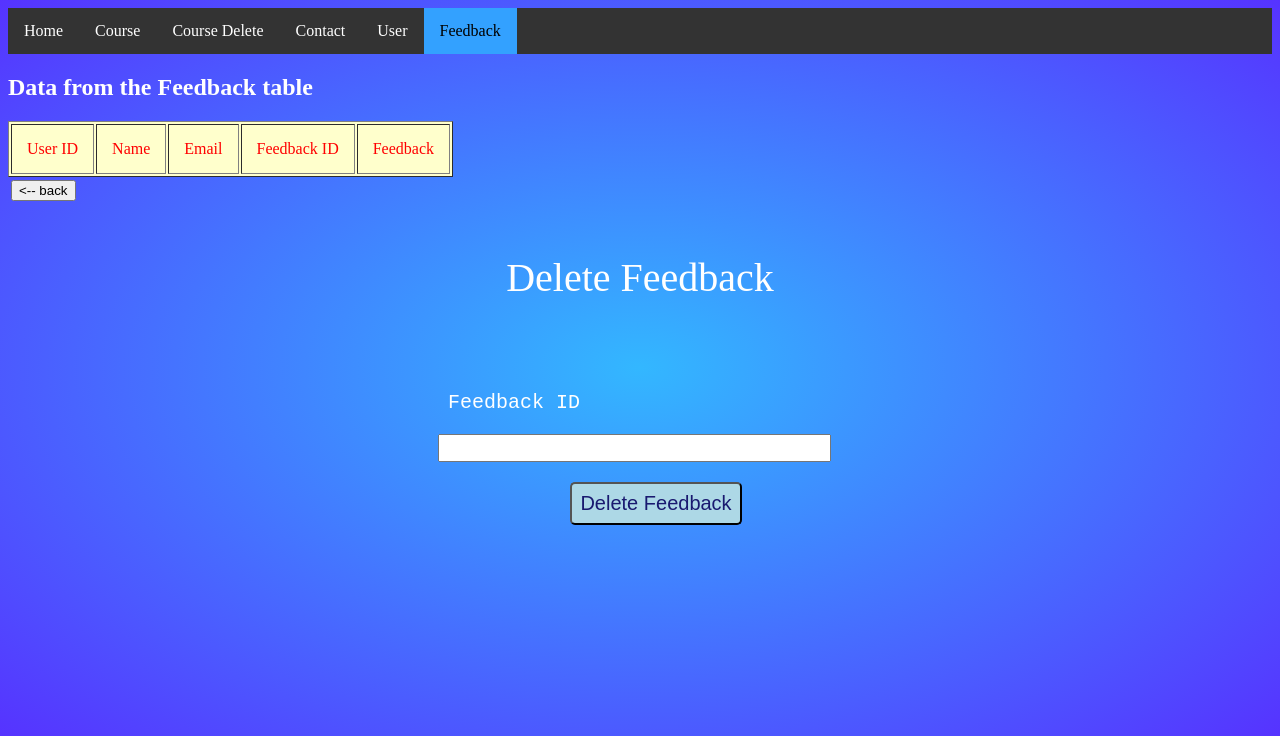
Repository: ShreyasG27/Amdocs-Training
Page: http://localhost/e-learning-frontend/feedbackdisplay.jsp
The author's editor kept a copy of each file at every save. The page is drawn from the files as they stood at one save, then again after the next save.
The browser window is 1280 px wide. The pictures show the whole page.
The page is served by Tomcat 9. Other server files are loaded and not shown. Queries for data that is not in the repository find no rows.

Above is the page before, as saved 2021-08-23 03:53:53.

### e-learning-frontend/src/main/webapp/feedbackdisplay.jsp
<%@ page language="java" contentType="text/html; charset=ISO-8859-1"
    pageEncoding="ISO-8859-1"%>
    <%@ page import="java.sql.*" %>
<%@ page import="java.io.*" %>
<!DOCTYPE html PUBLIC "-//W3C//DTD HTML 4.01 Transitional//EN" "http://www.w3.org/TR/html4/loose.dtd">
<html>
<head>
<meta http-equiv="Content-Type" content="text/html; charset=ISO-8859-1">
<title>Feedback Page Admin</title>
<style>
body{
	background-image: radial-gradient(#33B7FF,#5633ff);
	color: white;
	height: 100vh;
}
.heading{
font-size:40px;
margin-top: 50px;
}
.submitbutton{
	margin-left:460px;
	padding:8px;
	font-size:20px;
	color: midnightblue;
	background-color:lightblue;
	border-radius:5px;
	margin-top: 20px;
}
.submitbutton:hover{
	margin-left:460px;
	padding:8px;
	font-size:20px;
	color: midnightblue;
	background-color:cyan;
	border-radius:5px;
	margin-top: 20px;
}
.deletebutton{
	margin-left:500px;
	padding:8px;
	font-size:20px;
	color: midnightblue;
	background-color:lightblue;
	border-radius:5px;
	margin-top: 20px;
}
.deletebutton:hover{
	margin-left:500px;
	padding:8px;
	font-size:20px;
	color: midnightblue;
	background-color:cyan;
	border-radius:5px;
	margin-top: 20px;
}
.inputfld{
	margin-left: 430px;
	padding: 5px;
	broder-radius:10px;
	font-size:12px;
	width:30%;
}
.inputfld1{
	margin-left: 420px;
	padding: 5px;
	broder-radius:10px;
	font-size:12px;
	width:30%;
}
.inputfld2{
	margin-left: 438px;
	padding: 5px;
	broder-radius:10px;
	font-size:12px;
	width:30%;
}
.txtfld{
	font-size:20px;
	margin-left:440px;
}
ul {
  list-style-type: none;
  margin: 0;
  padding: 0;
  overflow: hidden;
  background-color: #333;
  width:100%;
}

li {
  float: left;
}

li a {
  display: block;
  color: white;
  text-align: center;
  padding: 14px 16px;
  text-decoration: none;
}

li a:hover:not(.active) {
  background-color: #111;
}

.active {
  background-color: #33A1FF;
  color: black;
}
</style>
</head>
<body>
<ul>
  <li><a href="afterloginadm.jsp">Home</a></li>
  <li><a href="course.jsp">Course</a></li>
  <li><a href="coursedisp.jsp">Course Delete</a></li>
  <li><a href="contactdisplay.jsp">Contact</a></li>
  <li><a href="userdisplay.jsp">User</a></li>
  <li><a class="active" href="feedbackdisplay.jsp">Feedback</a></li>
</ul>
 <h2>Data from the Feedback table </h2>
<%
try {
/* Create string of connection url within specified format with machine
name, port number and database name. Here machine name id localhost and
database name is student. */
String connectionURL = "jdbc:mysql://localhost:3306/elearningschema";
// declare a connection by using Connection interface
Connection connection = null;
/* declare object of Statement interface that is used for executing sql
statements. */
Statement statement = null;
// declare a resultset that uses as a table for output data from tha table.
ResultSet rs = null;
// Load JBBC driver "com.mysql.jdbc.Driver"
Class.forName("com.mysql.cj.jdbc.Driver").newInstance();
/* Create a connection by using getConnection() method that takes parameters
of string type connection url, user name and password to connect to database.*/
connection = DriverManager.getConnection(connectionURL, "root", "root");
/* createStatement() is used for create statement object that is used for
sending sql statements to the specified database. */
statement = connection.createStatement();
// sql query to retrieve values from the secified table.
String QueryString = "SELECT * from feedback";
rs = statement.executeQuery(QueryString);
%>
<TABLE cellpadding="15" border="1" style="background-color: #ffffcc; color:red;">
<TR>
<TD>User ID</TD>
<TD>Name</TD>
<TD>Email</TD>
<TD>Feedback ID</TD>
<TD>Feedback</TD>
</TR>
<%
while (rs.next()) {
%>
<TR>
<TD><%=rs.getInt(1)%></TD>
<TD><%=rs.getString(2)%></TD>
<TD><%=rs.getString(3)%></TD>
<TD><%=rs.getInt(4)%></TD>
<TD><%=rs.getString(5)%></TD>
</TR>
<% } %>
<%
// close all the connections.
rs.close();
statement.close();
connection.close();
} catch (Exception ex) {
%>
</font>
<font size="+3" color="red"></b>
<%
out.println("Unable to connect to database.");
}
%>
</TABLE><TABLE>
<TR>
<TD><FORM ACTION="welcome_to_database_query.jsp" method="get" >
<button type="submit"><-- back</button></TD>
</TR>
</TABLE>
</font>
<center><p class="heading">Delete Feedback</p></center>
<form action="feedbackdel" method="POST">
    <pre>

     <p class="txtfld">Feedback ID</p><input class="inputfld" type="number" name="feedbackid">
     	<input class="deletebutton" type="submit" value="Delete Feedback"><br>


    </pre>
</form>
</body>
</html>

After the next save:
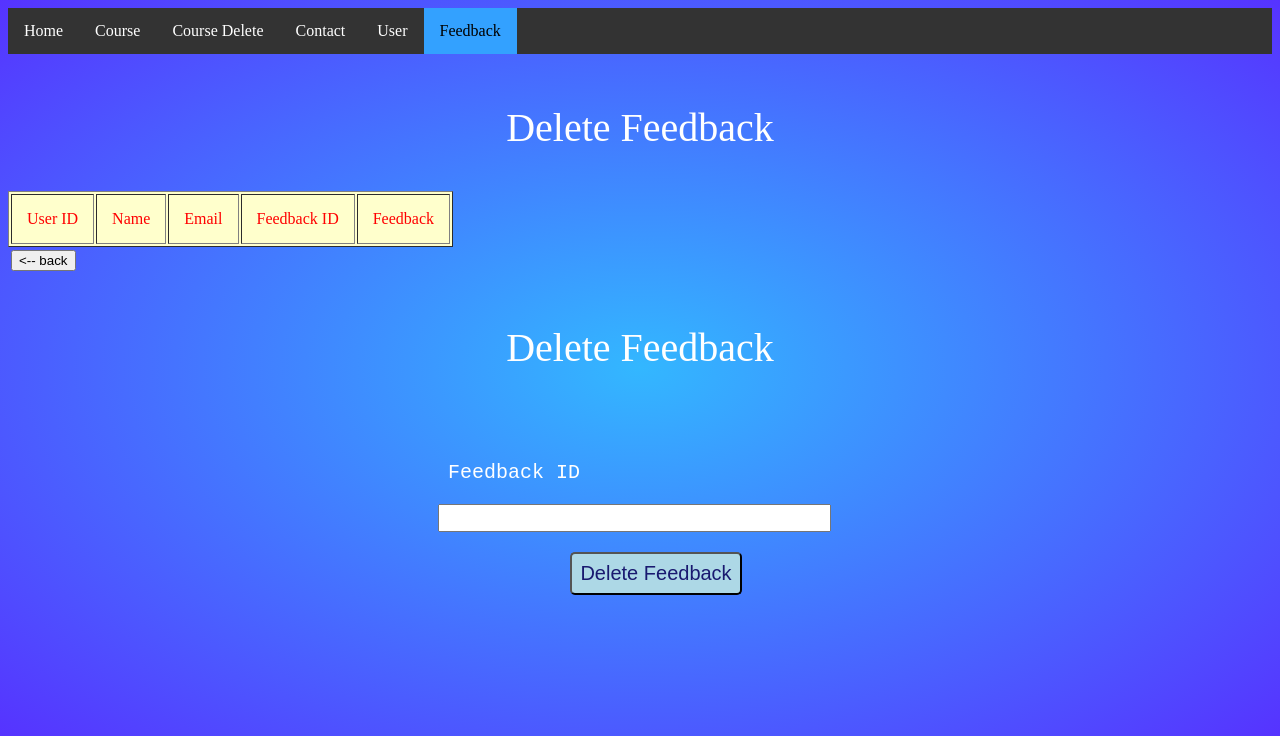
Saved 28 s later.
--- a/e-learning-frontend/src/main/webapp/feedbackdisplay.jsp
+++ b/e-learning-frontend/src/main/webapp/feedbackdisplay.jsp
@@ -118,7 +118,7 @@ li a:hover:not(.active) {
   <li><a href="userdisplay.jsp">User</a></li>
   <li><a class="active" href="feedbackdisplay.jsp">Feedback</a></li>
 </ul>
- <h2>Data from the Feedback table </h2>
+ <center><p class="heading">Delete Feedback</p></center>
 <%
 try {
 /* Create string of connection url within specified format with machine
